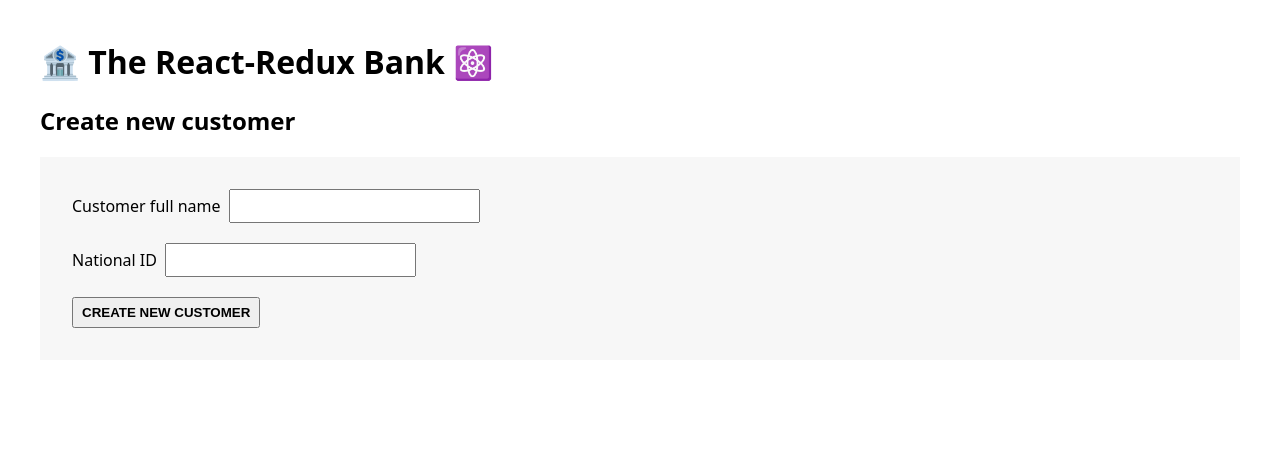
Repository: islamsaeedDev/-The-React-Redux-Bank-
Page: /
An editor plug-in stored every save of this project. The page is shown before and after a run of saves, followed by the edit.
The browser window is 1280 px wide. The pictures show the whole page.
The project was rebuilt for these pictures with package versions that can differ from the ones it lists, and the page was loaded fresh each time. Also part of the build but not shown: src/features/customers/Customer.js, src/features/accounts/AccountOperations.js, src/features/accounts/BalanceDisplay.js.

Above is the page before, as saved 2025-10-14 13:04:16.

### src/index.js
import React from 'react';
import ReactDOM from 'react-dom/client';
import './index.css';
import App from './App';
import store from './store';
import { Provider } from 'react-redux';


store.dispatch({ type: "account/deposit", payload: 1000 })
console.log(store.getState())

const root = ReactDOM.createRoot(document.getElementById('root'));

root.render(
  <React.StrictMode>
    <Provider store={store}>
      <App />
    </Provider>
  </React.StrictMode>
);

### src/App.js
import CreateCustomer from "./features/customers/CreateCustomer";
import Customer from "./features/customers/Customer";
import AccountOperations from "./features/accounts/AccountOperations";
import BalanceDisplay from "./features/accounts/BalanceDisplay";
import { useSelector } from "react-redux";

function App() {
  const fullName = useSelector((state) => state.customer.fullName);
  return (
    <div>
      <h1>🏦 The React-Redux Bank ⚛️</h1>
      {
        (fullName === '' ? <CreateCustomer /> :
          <>
            <Customer />
            <AccountOperations />
            <BalanceDisplay />
          </>
        )


      }


    </div>
  );
}

export default App;

### src/store.js

import { combineReducers, createStore } from "redux";
import accountReducer from "./features/accounts/accountSlice";
import customerReducer from "./features/customers/customerSlice";


const rootReducer = combineReducers({
    account: accountReducer,
    customer: customerReducer
})
const store = createStore(rootReducer);


export default store;

### src/features/customers/CreateCustomer.js
import { useState } from "react";
import { useDispatch } from "react-redux";
import { createCustomer } from "./customerSlice";

function Customer() {
  const [fullName, setFullName] = useState("");
  const [nationalId, setNationalId] = useState("");

  const dispatch = useDispatch();

  function handleClick() {
    if (!fullName || !nationalId) return;
    dispatch(createCustomer(fullName, nationalId));
  }

  return (
    <div>
      <h2>Create new customer</h2>
      <div className="inputs">
        <div>
          <label>Customer full name</label>
          <input
            value={fullName}
            onChange={(e) => setFullName(e.target.value)}
          />
        </div>
        <div>
          <label>National ID</label>
          <input
            value={nationalId}
            onChange={(e) => setNationalId(e.target.value)}
          />
        </div>
        <button onClick={handleClick}>Create new customer</button>
      </div>
    </div>
  );
}

export default Customer;

### src/features/accounts/accountSlice.js
const initialStateAccount = {
    balance: 0,
    loan: 0,
    loanPurpose: ""
}


export default function accountReducer(state = initialStateAccount, action) {
    switch (action.type) {
        case "account/deposit":

            return { ...state, balance: state.balance + action.payload }
        case "account/withdraw":
            return {
                ...state,
                balance: state.balance - action.payload
            }
        case "account/requestLoan":
            if (state.loan > 0) return state;
            //later
            return {
                ...state,
                loan: action.payload.amount,
                loanPurpose: action.payload.purpose,
                balance: state.balance + action.payload.amount
            }
        case "account/payLoan":

            return {
                ...state,
                loan: 0,
                loanPurpose: "",
                balance: state.balance - state.loan
            }

        default:
            return state

    }
}


//action creators
export function deposit(amount) {
    return { type: "account/deposit", payload: amount }
}
export function withdraw(amount) {
    return { type: "account/withdraw", payload: amount }
}
export function requestLoan(amount, purpose) {
    return {
        type: "account/requestLoan",
        payload: {
            amount: amount,
            purpose: purpose
        }
    }
}
export function payLoan() {
    return { type: "account/payLoan" }
}

### src/features/customers/customerSlice.js

const initialStateCustomer = {
    fullName: "",
    nationalID: "",
    createdAt: ""
}

export default function customerReducer(state = initialStateCustomer, action) {
    switch (action.type) {
        case "customer/createCustomer":
            return {
                ...state,
                fullName: action.payload.fullName,
                nationalID: action.payload.nationalID,
                createdAt: action.payload.createdAt
            }
        case "customer/updateName":
            return {
                ...state,
                fullName: action.payload
            }
        default:
            return state
    }

}


export function createCustomer(fullName, nationalID) {
    return {
        type: "customer/createCustomer",
        payload: {
            fullName,
            nationalID,
            createdAt: new Date().toISOString()
        }
    }
}

export function updateName(fullName) {
    return {
        type: "customer/updateName",
        payload: fullName
    }
}

Loaded but not shown: public/index.html (common file); src/index.css (common file)

After the next 2 saves:
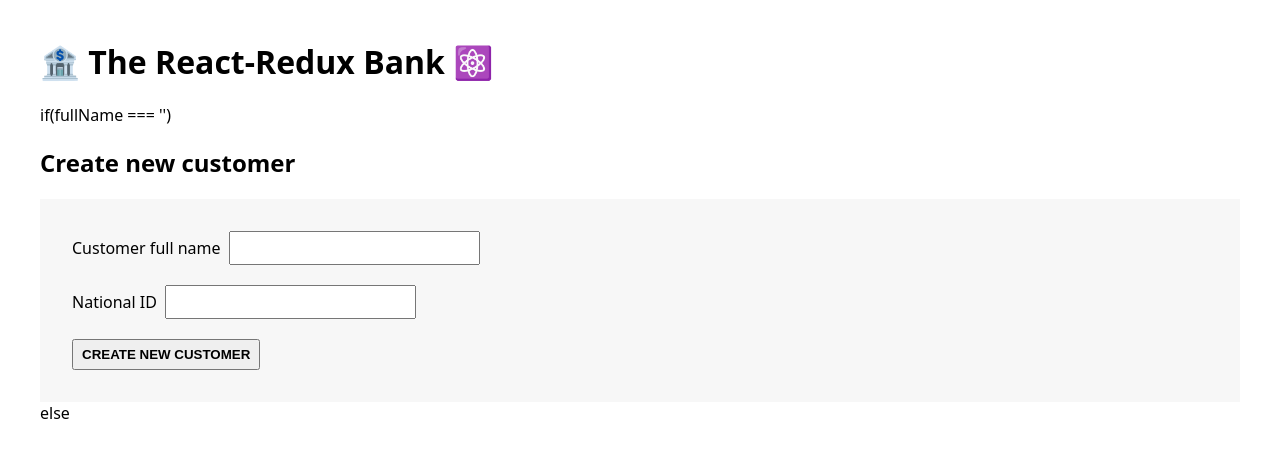
The 2 saves are shown as one change because they came seconds apart.
The last was saved 116 s later.
--- a/src/App.js
+++ b/src/App.js
@@ -9,7 +9,7 @@
   return (
     <div>
       <h1>🏦 The React-Redux Bank ⚛️</h1>
-      {
+      {/* {
         (fullName === '' ? <CreateCustomer /> :
           <>
             <Customer />
@@ -19,7 +19,11 @@
         )
 
 
-      }
+      } */}
+
+      if(fullName === '')
+      {<CreateCustomer />}
+      else { }
 
 
     </div>
